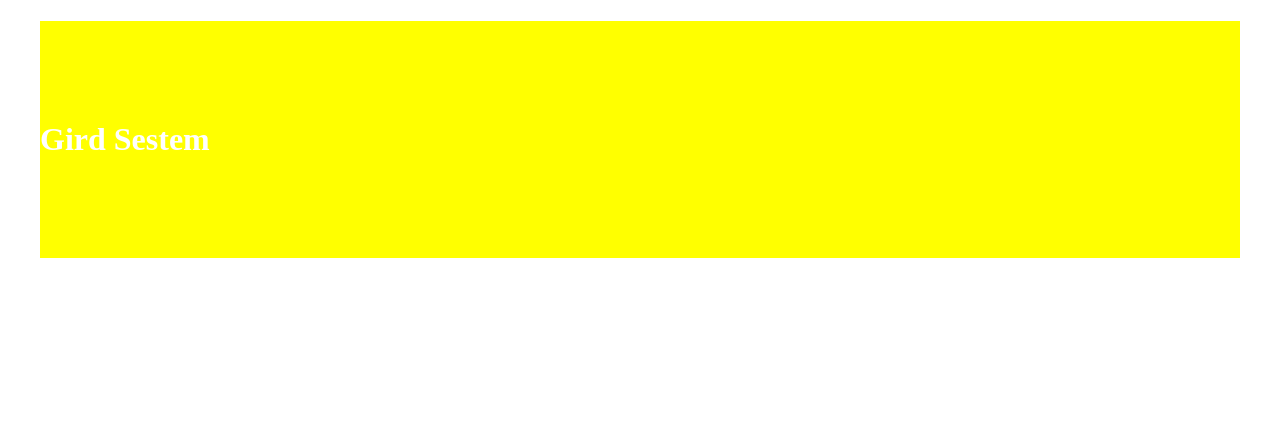
Repository: vanphongnguyen1/webDemo
Page: test.html
An editor plug-in stored every save of this project. The page is shown before and after the next save, followed by the edit.
The browser window is 1280 px wide. The pictures show the whole page.

Above is the page before, as saved 2020-10-05 22:32:05.

After the next save:
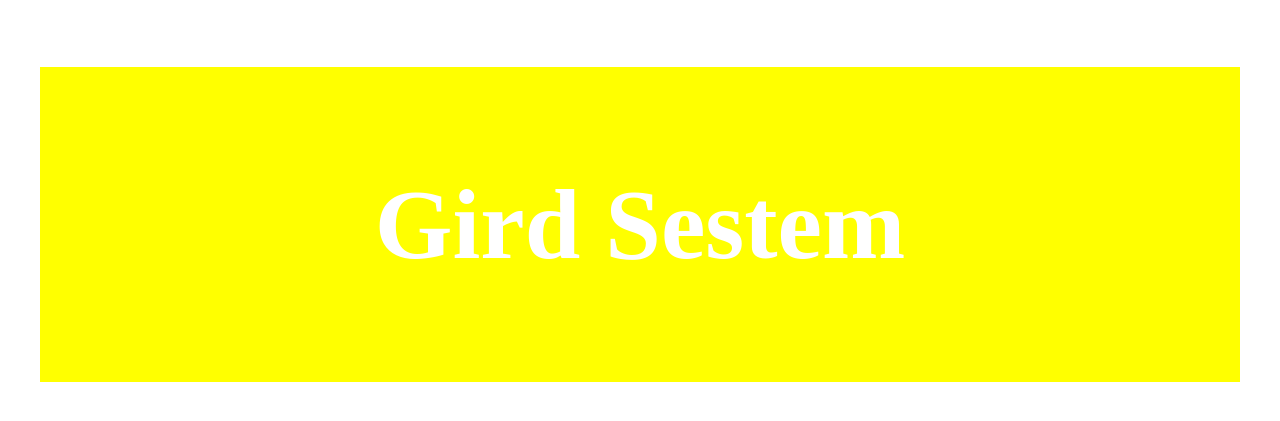
Saved 27 s later.
--- a/test.html
+++ b/test.html
@@ -10,6 +10,8 @@
             padding: 100px 0;
             background-color: yellow;
             color: #fff;
+            font-size: 100px;
+            text-align: center;
         }
     </style>
 </head>
